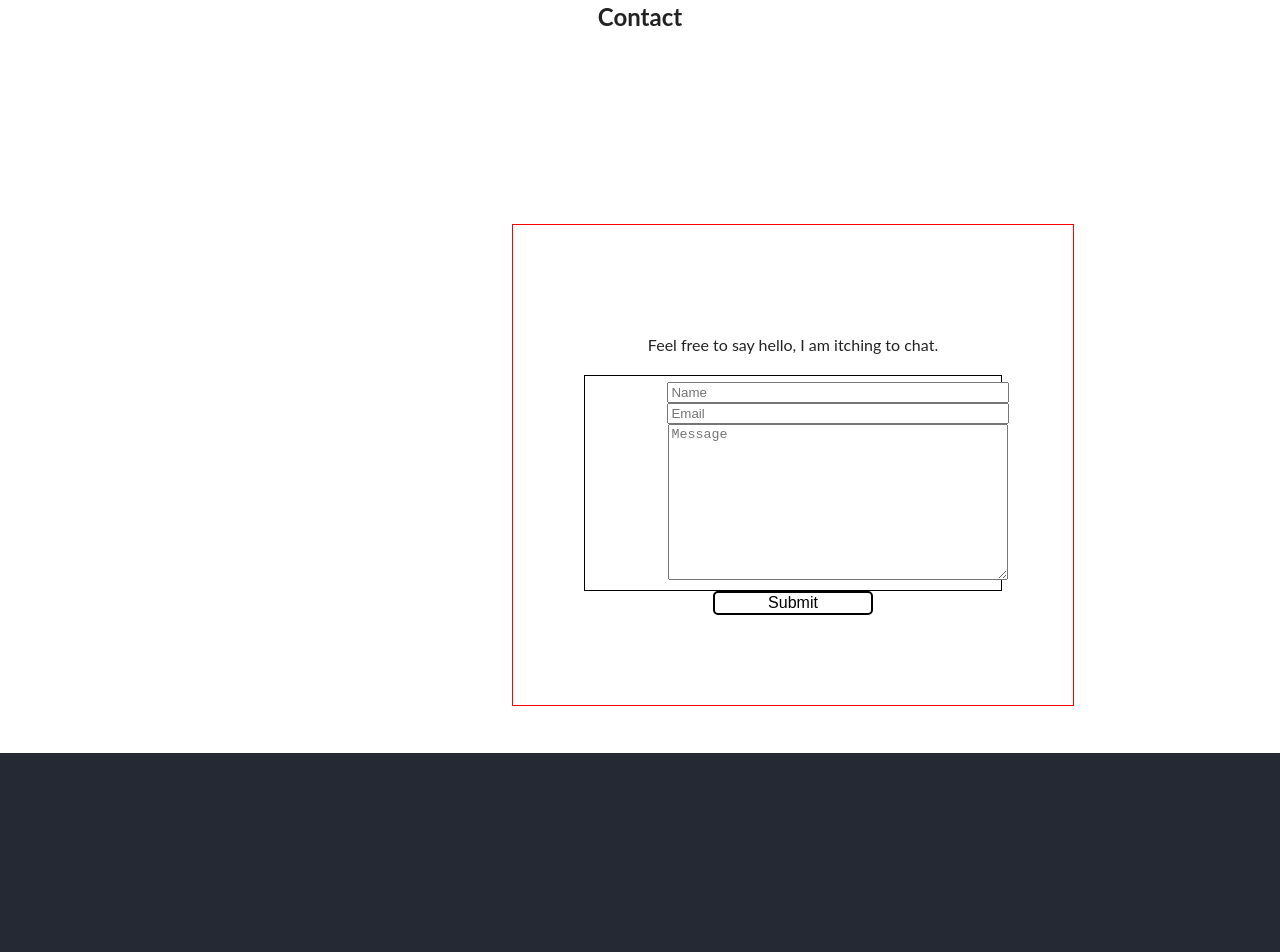
Repository: blessingNtoko/portfolio_noangular
Page: index.html
An editor plug-in stored every save of this project. The page is shown before and after the next save, followed by the edit.
The browser window is 1280 px wide. The pictures show the part of the page from y = 3227 to 4179 px (the page is 4700 px tall).
Backgrounds fixed to the window are drawn as part of the page.

Above is the page before, as saved 2019-12-16 21:21:44.

### index.html
<!DOCTYPE html>
<html lang="en">

<head>
    <meta charset="UTF-8">
    <meta name="viewport" content="width=device-width, initial-scale=1.0">
    <meta http-equiv="X-UA-Compatible" content="ie=edge">
    <link rel="stylesheet" href="css/index.css">
    <title>Portfolio</title>
</head>

<body>
    <div class="pimg1" id="particles-js">
        <div class="ptext">
            <span class="border">
                Hi There!
            </span><br><br>
            <p>
                I am <span id="myName">Blessing Ntoko</span>.<br> A Front-end developer and budding UI/UX Designer.
            </p>
        </div>
    </div>
    <section class="section">
        <h1>About</h1><br>
        <div class="infoContain">
            <article class="infoOnMe">
                <img class="picMe" src="images/me.jpg" alt="Picture of me">
                <p>Lorem ipsum dolor, sit amet consectetur adipisicing elit. Voluptatum, quasi? Deleniti laudantium ratione fugiat vero dolor repellat magni at sequi quis delectus culpa ipsum accusantium laboriosam, consectetur nostrum necessitatibus libero,
                    assumenda ex cupiditate. Possimus voluptas hic ullam vitae nostrum, voluptate omnis reprehenderit eius laudantium, blanditiis saepe eum fuga odit consequatur tempore modi aliquam. Enim reiciendis velit eum laboriosam dolorum magni!</p>
            </article><br>
            <h2>My Toys</h2>
            <div class="myToys">
                <img class="toy toy1" src="images/HTML5_1Color_Black.svg" alt="HTML Logo">
                <img class="toy toy2" src="images/css3.svg" alt="CSS Logo">
                <img class="toy toy3" src="images/javascript.svg" alt="Javascript Logo">
                <img class="toy toy4" src="images/AngularJS-Shield.svg" alt="Angular Logo">
                <img class="toy toy5" src="images/ionic.svg" alt="Ionic Logo">
                <img class="toy toy6" src="images/gimp-monochrome-logo-D2944540FE-seeklogo.com.png" alt="Gimp Logo">
                <img class="toy toy7" src="images/inkscape.png" alt="Inkscape Logo">
                <img class="toy toy7" src="images/node.png" alt="NodeJS Logo">
            </div>
        </div>
    </section>
    <div class="pimg2">
        <div class="ptext">
            <span class="border trans">
                Image Two text
            </span>
        </div>
    </div>
    <section class="section">
        <h2>Work</h2>
        <p>Take a look at the work that I have done</p><br><br>
        <div class="works">
            <img id="works1" src="images/color.jpg" alt="color">
            <img id="works2" src="images/colorSplash.jpg" alt="colorSplash">
        </div>
    </section>
    <div class="pimg3">
        <div class="ptext">
            <span class="border trans">
                Image Three text
            </span>
        </div>
    </div>
    <section class="section section-dark contactSection">
        <h2>Contact</h2>
        <form id="contactForm" class="formOfContact">
            <p>Feel free to say hello, I am itching to chat.</p>
            <fieldset class="formField">
                <input type="text" id="formName" placeholder="Name" class="inputs" required>
                <input type="text" id="formEmail" placeholder="Email" class="inputs" required>
                <textarea name="message" id="formMess" cols="30" rows="10" class="inputs" placeholder="Message" required></textarea>
            </fieldset>
            <input type="submit" id="submit" value="Submit">
        </form>
    </section>
    <div class="pimg1">
        <div class="ptext">
            <span class="border">
                Have a great day!
            </span>
        </div>
    </div>
    <script src="https://cdn.jsdelivr.net/particles.js/2.0.0/particles.min.js"></script>
    <script>
        particlesJS.load('particles-js', 'assets/particles.json', function() {
            console.warn('particles.json loaded...');
        })
    </script>
    <script src="javascript/index.js"></script>
</body>

</html>

### css/index.css
body,
html {
    height: 100%;
    margin: 0;
    font-size: 16px;
    font-family: "Lato", sans-serif;
    font-weight: 400;
    line-height: 1.8em;
    color: white;
}

.pimg1,
.pimg2,
.pimg3 {
    position: relative;
    opacity: 1;
    background-position: center;
    background-size: cover;
    background-repeat: no-repeat;
    /* fixed = parallax
        scroll = normal
    */
    background-attachment: fixed;
    transition: all .3s;
}

.pimg1 {
    background-color: #252934;
    min-height: 100vh;
}

.pimg2 {
    background-image: url(https://source.unsplash.com/random/1920x1200);
    min-height: 400px;
    opacity: 0.7;
}

.pimg2:hover {
    opacity: 1;
}

.pimg3 {
    background-image: url(https://source.unsplash.com/random/1920x1080);
    min-height: 400px;
    opacity: 0.7;
}

.pimg3:hover {
    opacity: 1;
}

.section {
    text-align: center;
    padding: 50px 80px;
    background: #fff;
    color: #222;
    height: 100vh;
}

.ptext {
    position: absolute;
    top: 40%;
    width: 100%;
    text-align: center;
    color: white;
    font-size: 27px;
    letter-spacing: 8px;
    text-transform: uppercase;
}

.ptext .border {
    background-color: #111;
    color: #fff;
    padding: 20px 30px;
}

.ptext .border .trans {
    background-color: transparent;
}

#myName {
    color: rgb(190, 32, 58);
}

.infoOnMe {
    display: flex;
    flex-direction: column;
    justify-content: center;
    align-items: center;
    width: 40%;
}

.picMe {
    width: 30%;
    height: 30%;
    opacity: 0.6;
    transition: all .3s;
    border-radius: 60px;
}

.picMe:hover {
    opacity: 1;
}

.infoContain {
    display: flex;
    flex-direction: column;
    justify-content: center;
    align-items: center;
}

.myToys {
    display: flex;
    flex-direction: row;
    justify-content: space-between;
    align-content: center;
    flex-wrap: wrap;
}

.toy {
    width: 10%;
    height: 10%;
    transition: all .3s;
    opacity: 0.5;
}

.toy:hover {
    opacity: 1;
}

.works {
    display: flex;
    flex-direction: row;
    justify-content: center;
    align-items: center;
}

#works1 {
    width: 50%;
    height: 50%;
    opacity: 0.6;
    transition: all .3s;
}

#works2 {
    width: 50%;
    height: 50%;
    opacity: 0.6;
    transition: all .3s;
}

#works1:hover {
    opacity: 1;
}

#works2:hover {
    opacity: 1;
}

.formOfContact {
    display: flex;
    flex-direction: column;
    justify-content: center;
    align-items: center;
    border: 1px solid red;
    width: 50%;
    height: 30em;
    margin-left: 27em;
    margin-top: 12em;
}

.formField {
    border: none;
    display: flex;
    flex-direction: column;
    /* justify-content: center; */
    align-items: center;
    width: 9em;
    border: 1px solid black;
    width: 70%;
    line-height: .5em;
}

.inputs {
    margin-left: 23%;
    width: 25em;
}


/* .contactSection {
    text-align: center;
} */

#submit {
    width: 10em;
    background-color: transparent;
    color: black;
    border: 2px solid black;
    border-radius: 5px;
    font-size: 12pt;
    padding: .5em auto;
    transition: all .3s;
}

#submit:hover {
    background-color: black;
    color: white
}

@media(max-width: 560px) {
    .pimg1,
    .pimg2,
    .pimg3 {
        background-attachment: scroll;
    }
}

### javascript/index.js
const contactForm = document.querySelector('#contactForm');
const formName = document.querySelector('#formName');
const formEmail = document.querySelector('#formEmail');
const formMess = document.querySelector('#formMess');

contactForm.addEventListener('submit', onSubmit);

function onSubmit(e) {
    e.preventDefault();

    const formContact = {
        name: formName.value,
        email: formEmail.value,
        message: formMess.value
    };

    console.log('[Contact Form]>>>>', formContact);

    const xhr = new XMLHttpRequest();

    let urlEncodedData = '';
    let urlEncodedDataPairs = [];
    let name;

    // Turn data object into anm array of URL-encoded key/value pairs.
    for (name in formContact) {
        urlEncodedDataPairs.push(encodeURIComponent(name) + '=' + encodeURIComponent(formContact[name]));
    }

    contactForm.reset();
}

### assets/particles.json
{
    "particles": {
        "number": {
            "value": 80,
            "density": {
                "enable": true,
                "value_area": 800
            }
        },
        "color": {
            "value": "#000"
        },
        "shape": {
            "type": "circle",
            "stroke": {
                "width": 1,
                "color": "#000"
            },
            "polygon": {
                "nb_sides": 5
            },
            "image": {
                "src": "img/github.svg",
                "width": 100,
                "height": 100
            }
        },
        "opacity": {
            "value": 1,
            "random": false,
            "anim": {
                "enable": false,
                "speed": 1,
                "opacity_min": 0.1,
                "sync": false
            }
        },
        "size": {
            "value": 5,
            "random": true,
            "anim": {
                "enable": true,
                "speed": 30,
                "size_min": 0.1,
                "sync": false
            }
        },
        "line_linked": {
            "enable": true,
            "distance": 40,
            "color": "#ffffff",
            "opacity": 0.4,
            "width": 1
        },
        "move": {
            "enable": true,
            "speed": 6,
            "direction": "none",
            "random": false,
            "straight": false,
            "out_mode": "out",
            "bounce": false,
            "attract": {
                "enable": false,
                "rotateX": 600,
                "rotateY": 1200
            }
        }
    },
    "interactivity": {
        "detect_on": "canvas",
        "events": {
            "onhover": {
                "enable": true,
                "mode": "repulse"
            },
            "onclick": {
                "enable": true,
                "mode": "push"
            },
            "resize": true
        },
        "modes": {
            "grab": {
                "distance": 400,
                "line_linked": {
                    "opacity": 1
                }
            },
            "bubble": {
                "distance": 400,
                "size": 40,
                "duration": 2,
                "opacity": 0.8,
                "speed": 3
            },
            "repulse": {
                "distance": 150,
                "duration": 0.4
            },
            "push": {
                "particles_nb": 50
            },
            "remove": {
                "particles_nb": 2
            }
        }
    },
    "retina_detect": true
}

After the next save:
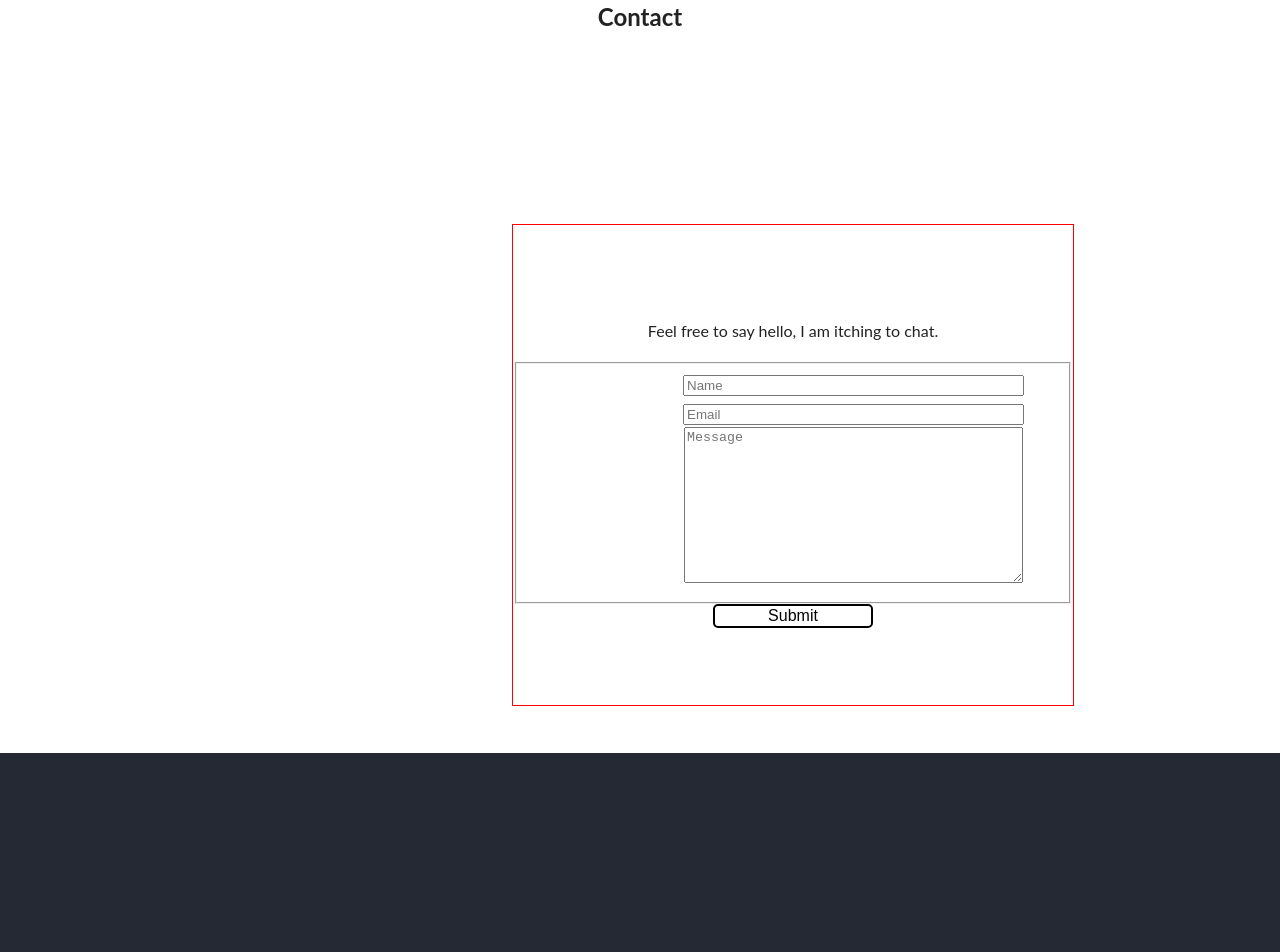
Saved 15 days later.
--- a/css/index.css
+++ b/css/index.css
@@ -169,17 +169,18 @@
     margin-top: 12em;
 }
 
-.formField {
+
+/* .formField {
     border: none;
     display: flex;
     flex-direction: column;
-    /* justify-content: center; */
+    justify-content: center;
     align-items: center;
     width: 9em;
     border: 1px solid black;
     width: 70%;
     line-height: .5em;
-}
+} */
 
 .inputs {
     margin-left: 23%;
